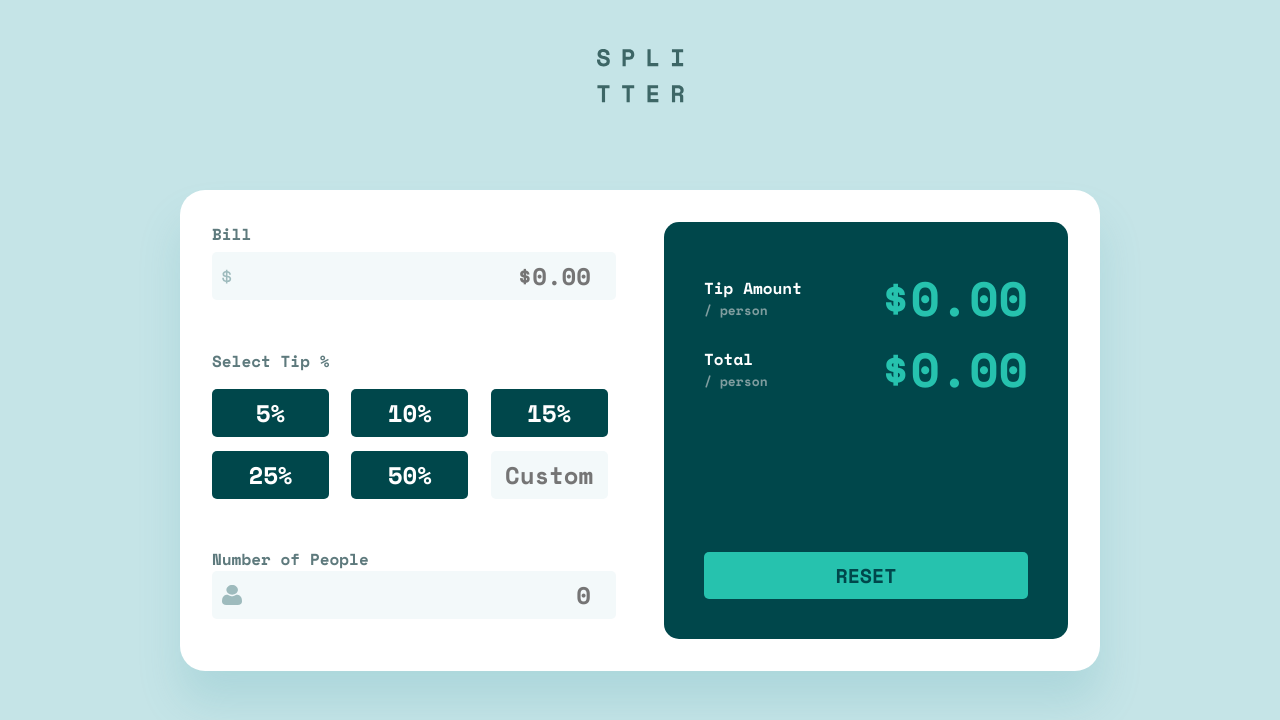
Repository: brandontaylor1/splitter
Page: index.html
An editor plug-in stored every save of this project. The page is shown before and after the next save, followed by the edit.
The browser window is 1280 px wide. The pictures show the whole page.

Above is the page before, as saved 2025-02-07 09:45:51.

### index.html
<!DOCTYPE html>
<html lang="en">
<head>
    <meta charset="UTF-8">
    <meta name="viewport" content="width=device-width, initial-scale=1.0">
    <link rel="preconnect" href="https://fonts.googleapis.com">
    <link rel="preconnect" href="https://fonts.gstatic.com" crossorigin>
    <link href="https://fonts.googleapis.com/css2?family=Space+Mono:ital,wght@0,400;0,700;1,400;1,700&display=swap" rel="stylesheet">
    <link rel="stylesheet" href="styles.css">
    <title>Splitter | Tip Calculator</title>
</head>
<body>
    <img src="./assets/images/logo.svg" id="logo-image" alt="logo image">
    <main class="container">
        <form>
            <div class="left-column">
                <div class="bill-input">
                    <div class="bill-titles">
                        <h2>Bill</h2>
                        <p class="error-message" id="bill-error"></p>
                    </div>
                    <div class="bill-input-with-icon">
                        <input type="number" min="0.00" max="10000.00" id="bill-input" placeholder="$0.00">
                    </div>
                </div>
                <div class="tip-input">
                    <h2 id="select-tip-title">Select Tip %</h2>
                    <div class="tip-buttons">
                        <button type="button" class="tip-button" value=".05">5%</button>
                        <button type="button" class="tip-button" value=".10">10%</button>
                        <button type="button" class="tip-button" value=".15">15%</button>
                        <button type="button" class="tip-button" value=".25">25%</button>
                        <button type="button" class="tip-button" value=".50">50%</button>
                        <input type="text" id="custom-tip" placeholder="Custom">
                    </div>
                </div>
                <div class="number-of-people-input">
                    <div class="people-titles">
                        <h2 id="number-of-people-title">Number of People</h2>
                        <p class="error-message" id="people-error"></p>
                    </div>
                    <div class="person-input-with-icon">
                        <input type="number" id="number-of-people-input" placeholder="0">
                    </div>
                </div>
            </div>
        </form>
        <div class="right-column">
                <div class="info-container">
                    <div class="tip-calculations">
                        <div class="tip-amount">
                            <div class="info">
                                <h3>Tip Amount</h3>
                                <p>/ person</p>
                            </div>
                            <div class="amount">
                                <h1 id="tip-amount">$0.00</h1>
                            </div>
                        </div>
                        <div class="total">
                            <div class="info">
                                <h3>Total</h3>
                                <p>/ person</p>
                            </div>
                            <div class="amount">
                                <h1 id="total-amount">$0.00</h1>
                            </div>
                        </div>
                    </div>
            <button type="button" id="reset-button">
                RESET
            </button>
        </div>
    </main>

    <script src="index.js"></script>
</body>
</html>

### styles.css
* {
    box-sizing: border-box;
    margin: 0;
    padding: 0;
}

:root {
    --background-color: #C5E4E7;
    --input-button-color: #00474B;
    --primary-white: #fff;
    --calculated-numbers-color: #26C2AE;
    --input-title-color: #5E7A7D;
    --input-background-color: #F3F9FA;
    --input-icon-color: #9EBBBD;
    --title-text-color: #3D6666;
    --custom-input-color: #547878;
}

/* UTILITY CLASSES */
.space-mono-regular {
    font-family: "Space Mono", serif;
    font-weight: 400;
    font-style: normal;
  }

  .space-mono-bold {
    font-family: "Space Mono", serif;
    font-weight: 700;
    font-style: normal;
  }

  .space-mono-regular-italic {
    font-family: "Space Mono", serif;
    font-weight: 400;
    font-style: italic;
  }

  .space-mono-bold-italic {
    font-family: "Space Mono", serif;
    font-weight: 700;
    font-style: italic;
  }


body {
    background-color: #C5E4E7;
    height: 100vh;
    width: 100%;
    display: flex;
    flex-direction: column;
    justify-content: center;
    align-items: center;
    font-family: "Space Mono", monospace;
}

#logo-image {
    margin-bottom: 87px;
}


.container {
    background-color: var(--primary-white);
    width: 920px;
    height: 481px;
    border-radius: 25px;
    box-shadow: 0px 32px 43px 0px rgba(79, 166, 175, 0.20);
    display: grid;
    gap: 48px;
    grid-template-columns: 1fr 1fr;
    padding: 32px;
}

.left-column {
    display: flex;
    flex-direction: column;
    justify-content: space-between;
    width: 100%;
    height: 100%;
}

.right-column {
    grid-column: 2 / 3;
    width: 100%;
    height: 100%;
    border-radius: 15px;
    background-color: var(--input-text-color);
}

input {
    height: 48px;
    width: 100%;
    padding: 10px;
    display: flex;
    flex-direction: row;
    justify-content: space-between;
    background-color: var(--input-background-color);
    border: none;
    border-radius: 5px;
    margin-bottom: 20px;
}

.person-input-with-icon input{
    width: 100%;
    font-family: "Space Mono", monospace;
    font-size: 24px;
    color: #00474B;
    font-weight: 600;
    background-image: url("./assets/images/icon-person.svg");
    background-repeat: no-repeat;
    background-position: 10px center;
    background-size: 20px 20px;
    text-align: right;
}

#bill-input {
    width: 100%;
    font-family: "Space Mono", monospace;
    font-size: 24px;
    font-weight: 600;
}

#number-of-people-input {
    width: 100%;
    font-family: "Space Mono", monospace;
    font-size: 24px;
    color: #00474B;
    font-weight: 600;
}


.bill-input-with-icon input {
    width: 100%;
    font-family: "Space Mono", monospace;
    font-size: 24px;
    color: #00474B;
    font-weight: 600;
    background-image: url("./assets/images/icon-dollar.svg");
    background-repeat: no-repeat;
    background-position: 10px center;
    background-size: auto 15px;
    text-align: right;
}



.bill-input h2 {
    font-size: 16px;
    color: var(--input-title-color);
    margin-bottom: 6px;
}

.tip-buttons {
    display: grid;
    grid-template-columns: repeat(3, 1fr);
    gap: 14px;
}

#select-tip-title {
    color: #5E7A7D;
    font-size: 16px;
    margin-bottom: 16px;
}

.tip-button {
    width: 117px;
    height: 48px;
    flex-shrink: 0;
    border: none;
    border-radius: 5px;
    background-color: #00474B;
    color: var(--primary-white);
    font-family: "Space Mono", monospace;
    font-size: 24px;
    font-weight: 600;
}


.tip-button:hover {
    background-color: #26C2AE;
    color: #00474B;
}

#custom-tip {
    width: 117px;
    height: 48px;
    flex-shrink: 0;
    text-align: center;
    font-size: 24px;
    font-weight: 600;
    font-family: "Space Mono", monospace;
}

#number-of-people-title {
    color: #5E7A7D;
    font-size: 16px;
}


.right-column {
    background-color: #00474B;
    padding: 40px;
    display: flex;
    flex-direction: column;
    justify-content: space-between;
}

.info-container {
    display: flex;
    flex-direction: column;
    justify-content: space-between;
    height: 100%;

}

.tip-amount, .total {
    display: flex;
    flex-direction: row;
    justify-content: space-between;
    align-items: center;
    color: var(--primary-white);
}

.amount {
    color: #26C2AE;
    font-size: 24px;
    font-family: "Space Mono", monospace;
}

.info h3 {
    font-size: 16px;
    color: var(--primary-white);
}

.info p {
    font-size: 13px;
    color: #7F9D9F;
    font-family: "Space Mono", monospace;
    font-weight: 700;
}

#reset-button   {
    padding: 9px 40px;
    text-align: center;
    border: none;
    cursor: pointer;
    background-color: #26C2AE;
    color: #00474B;
    border-radius: 5px;
    font-size: 20px;
    font-weight: 600;
    font-family: "Space Mono", monospace;

}

.error-message {
    color: red;
    font-size: 10px;
}

.bill-titles, .people-titles {
    display: flex;
    flex-direction: row;
    justify-content: space-between;
    align-items: center;
}

### index.js
const billInput = document.querySelector("#bill-input");
const peopleInput = document.querySelector("#number-of-people-input");
const peopleError = document.querySelector("#people-error");

const tipButtons = document.querySelectorAll('.tip-button')

let billAmount
let tipPercentage
let numberOfPeople
let tipAmount
let totalBill

tipButtons.forEach(button => {
    button.addEventListener('click', () => {
        return button.value
    })
})

function validateAmount(input) {
    if(!isNaN(input) && input !== "" && input > 0) {
        const dollarAmount = parseFloat(input);
        billAmount = dollarAmount;
        console.log("Valid Amount");
    } else {
        console.log("Invalid input. Please enter a valid number");
        peopleError.textContent = "Please enter a valid number";
    }
}

function validatePeople(input) {
    if(!isNaN(input) && input !== "" && input > 0) {
        const people = parseFloat(input);
        numberOfPeople = people;
        console.log("Valid Amount");
    } else {
        console.log("Invalid input. Please enter a valid number");
        peopleError.textContent = "Please enter a valid number";
    }
}

function calculateTipAmount(billAmount, tipPercentage) {
    const tipAmount = billAmount * tipPercentage
    console.log(tipAmount)
    return tipAmount
}

function calculateTotalAmount(billAmount, tipAmount) {
    const totalBill = billAmount + tipAmount
    console.log(totalBill);
    return totalBill
}

console.log(calculateTipAmount(billAmount, tipPercentage))
console.log(calculateTotalAmount(billAmount, tipAmount))



billInput.addEventListener("input", () => {
    console.log(billInput.value);
    validateAmount(billInput.value);
})

After the next save:
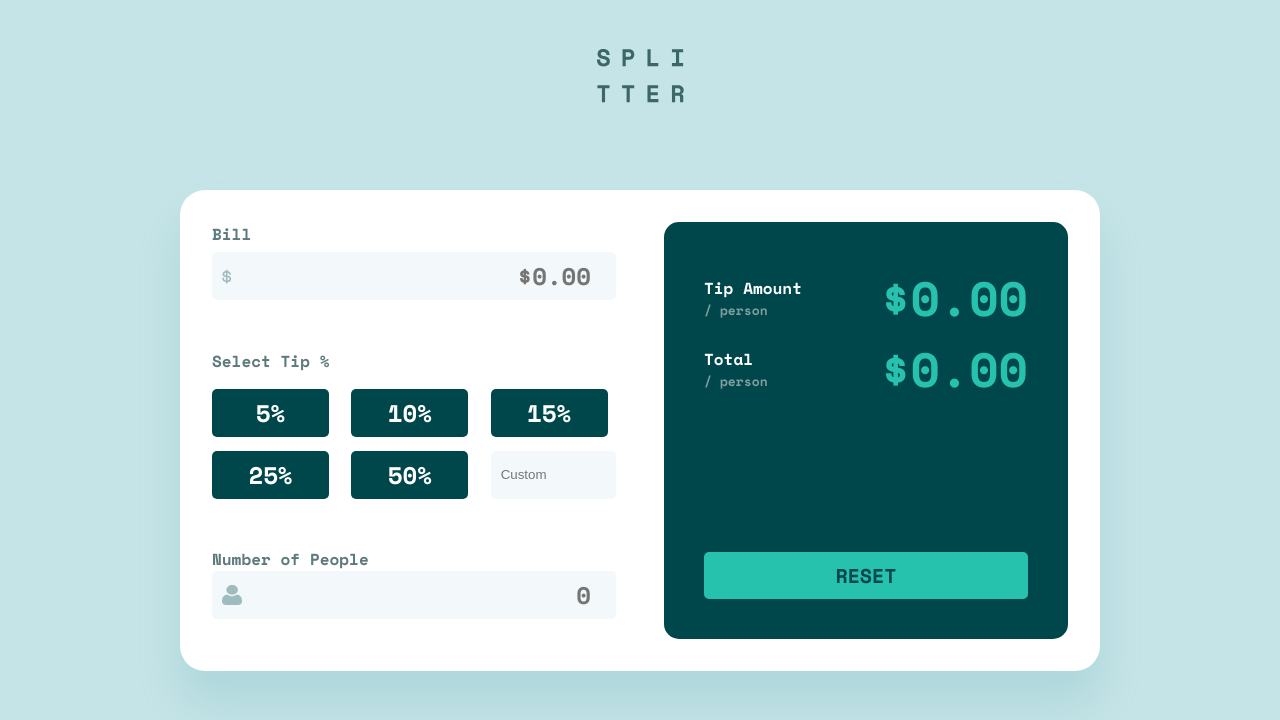
Saved 84 s later.
--- a/styles.css
+++ b/styles.css
@@ -180,6 +180,8 @@
     color: #00474B;
 }
 
+.tip-button
+
 #custom-tip {
     width: 117px;
     height: 48px;

After the 2 saves that followed:
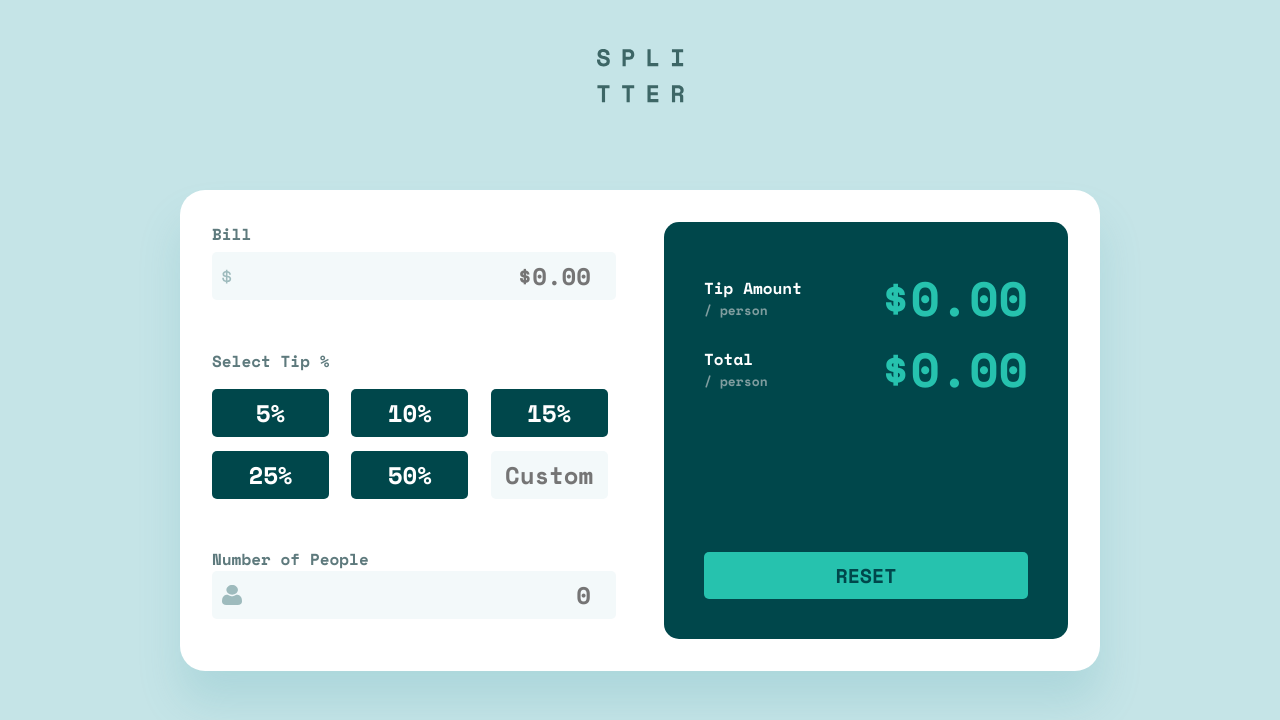
The 2 saves are shown as one change because they came seconds apart.
The last was saved 7 s later.
--- a/styles.css
+++ b/styles.css
@@ -180,7 +180,10 @@
     color: #00474B;
 }
 
-.tip-button
+.tip-button:active {
+    background-color: #26C2AE;
+    color: #00474B;
+}
 
 #custom-tip {
     width: 117px;
